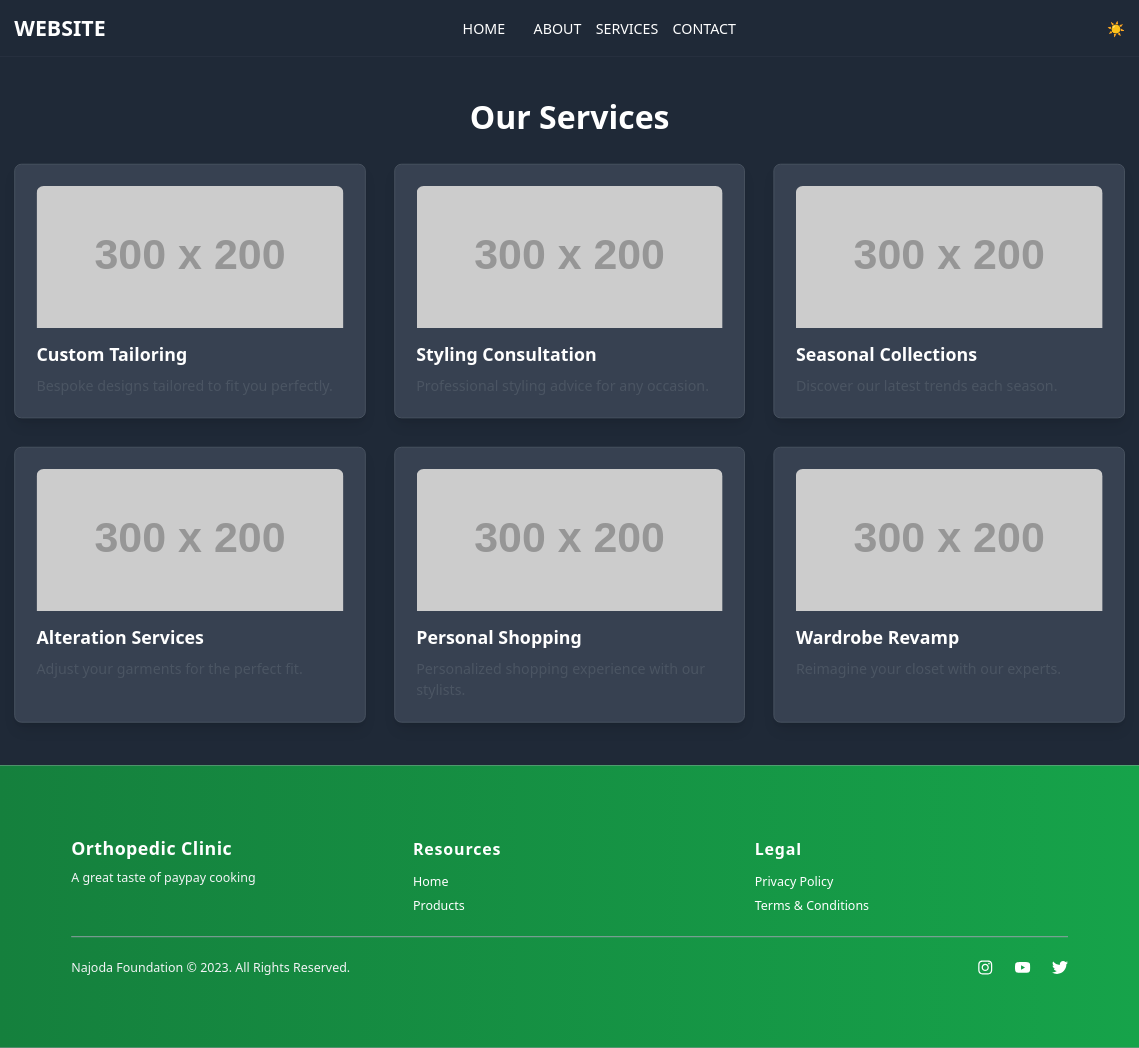
Repository: countaustin1990/file-C-Users-user-Documents-Final-20Cart
Page: /services (app in Documents/BXXXN/my-app/)
An editor plug-in stored every save of this project. The page is shown before and after the next save, followed by the edit.
The browser window is 1280 px wide. The pictures show the whole page, at 89% of full size.
Pictures or frames that could not be fetched are drawn as grey boxes. The project was rebuilt for these pictures with package versions that can differ from the ones it lists, and the page was loaded fresh each time. Also part of the build but not shown: Documents/BXXXN/my-app/vite.config.js, Documents/BXXXN/my-app/src/components/folder/HeroSection.test.jsx, Documents/BXXXN/my-app/src/components/horizontalscroll/style.css, Documents/BXXXN/my-app/src/components/horizontalscroll/HorizontalScroll.jsx, Documents/BXXXN/my-app/src/pages/home/Home.test.jsx, Documents/BXXXN/my-app/src/pages/contact/Contact.jsx, Documents/BXXXN/my-app/src/pages/about/About.jsx.

Above is the page before, as saved 2024-10-31 22:03:52.

After the next save:
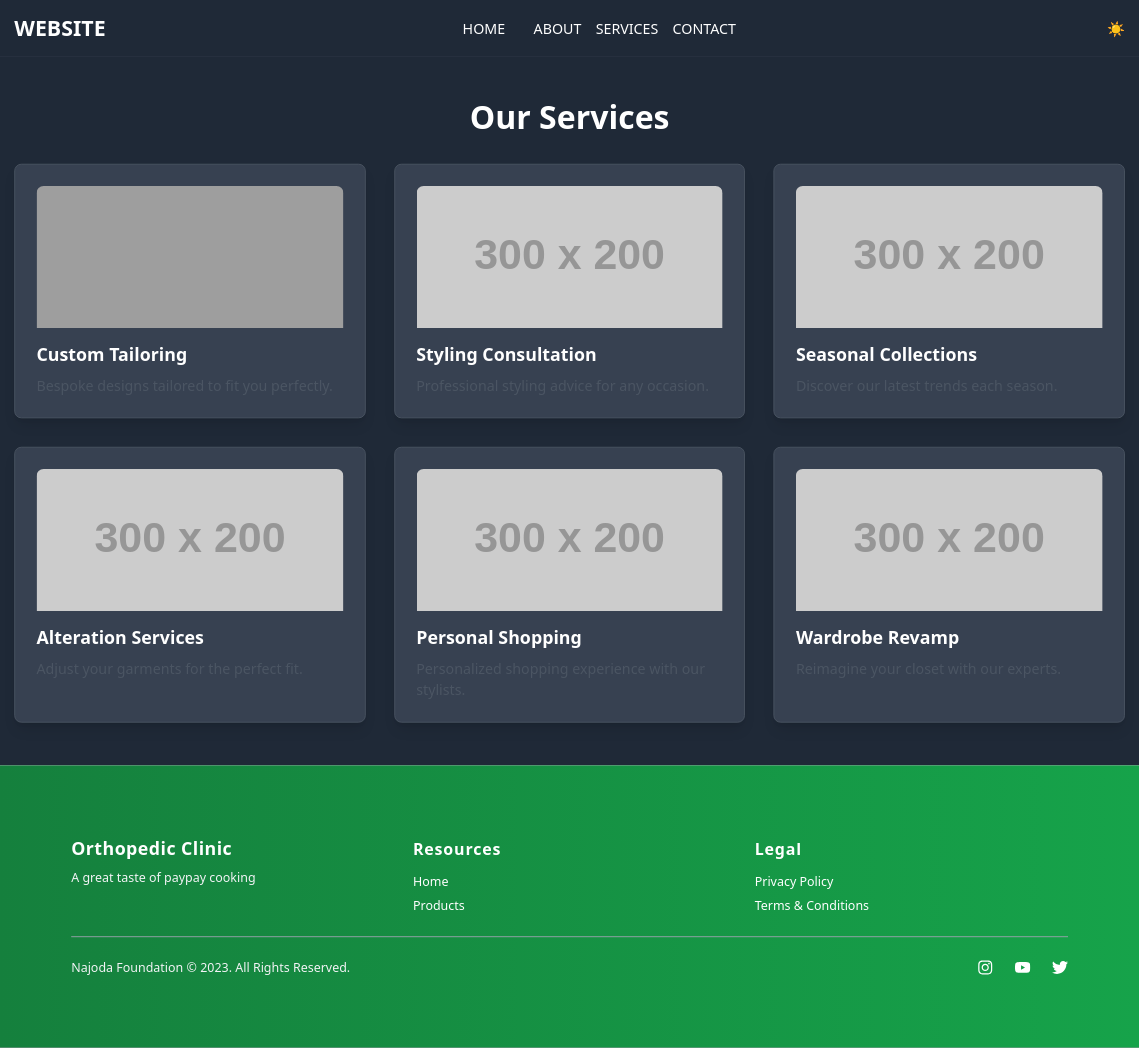
Saved 3 min 26 s later.
--- a/Documents/BXXXN/my-app/src/pages/services/Services.test.jsx
+++ b/Documents/BXXXN/my-app/src/pages/services/Services.test.jsx
@@ -6,7 +6,7 @@ const Services = ({ theme }) => {
     {
       title: "Custom Tailoring",
       description: "Bespoke designs tailored to fit you perfectly.",
-      imageUrl: "https://via.placeholder.com/300x200?text=Custom+Tailoring"
+      imageUrl: "https://www.google.com/url?sa=i&url=https%3A%2F%2Fwww.gat.com.co%2Fresources-blog%2Fcustom-clothing-vs-bespoke-everything-you-need-to-know&psig=AOvVaw3opOG2FyoqH5qWwIu-ZUPt&ust=1730495173115000&source=images&cd=vfe&opi=89978449&ved=0CBQQjRxqFwoTCMirsozDuYkDFQAAAAAdAAAAABAE"
     },
     {
       title: "Styling Consultation",
